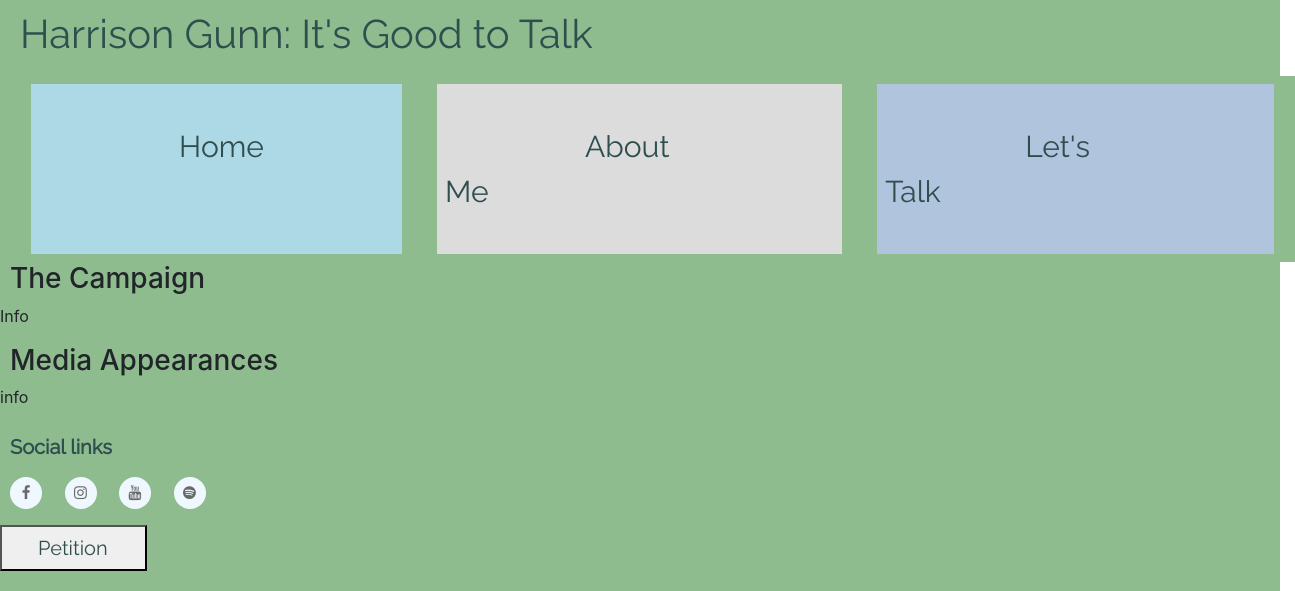
Repository: Leannald13/mile-stone-project-html
Page: general.html
The author's editor kept a record of every edit. The page is drawn from the files as they stood at one moment, then again after the next edit.
The browser window is 1280 px wide. The page is 1295 px wide, so the pictures cover 1295 px, including what lies to the right of the window. The pictures show the part of the page from y = 500 to 1173 px (the page is 1091 px tall before and 1173 px after).

Above is the page before.

### general.html
<!DOCTYPE html>
<html lang="en">

<head>
    <meta charset="UTF-8">
    <meta name="viewport" content="width=device-width, initial-scale=1.0">
    <meta http-equiv="X-UA-Compatible" content="ie=edge">
    <link rel="stylesheet" href="https://stackpath.bootstrapcdn.com/bootstrap/4.3.1/css/bootstrap.min.css" type="text/css" />
    <link rel="stylesheet" href="https://cdnjs.cloudflare.com/ajax/libs/hover.css/2.3.1/css/hover-min.css" type="text/css" />
    <link rel="stylesheet" href="https://stackpath.bootstrapcdn.com/font-awesome/4.7.0/css/font-awesome.min.css" type="text/css"/>
    <link rel="stylesheet" href="assets/css/style.css" type="text/css" />
    <title>Harrison</title>
</head>

<body>
    <header>
        <div class="row">
            <a href="index.html" class="col-md-12 logo">
             </a>
        </div>


        <div class="container-fluid">
            <div class="row">
                <div class="col-sm-12">
                    <div class="row no-gutters bg-color-name">
                        <div class="col heading">
                            <h1 class="name">Harrison Gunn: It's Good to Talk</h1>
                        </div>
                    </div>
                </div>
             <nav class="navbar navbar-expand-lg" class="modal" tabindex="-1" role="dialog" id="SignUpModal">
            <button class="navbar-toggler" type="button" data-toggle="collapse" data-target="#navbarSupportedContent" aria-controls="navbarSupportedContent" aria-expanded="false" aria-label="Toggle navigation">
                    <span class="navbar-toggler-icon"></span>
                  </button>
                     <div class="collapse navbar-collapse" id="navbarSupportedContent">
                        <ul class="navbar-nav mr-auto">
                            <li class="nav-item active ui-menu-color-home">
                                <a class="nav-link" href="index.html" class="hvr-Wobble-Horizontal"><span>Home</span></a>
                            </li>
                            <li class="nav-item active ui-menu-color-about">
                                <a class="nav-link" href="general.html" class="hvr-wobble-horizontal"><span>About Me</span></a>
                            </li>
                            <li class="nav-item active ui-menu-color-comments">
                                <a class="nav-link" href="contact.html" class="hvr-wobble-horizontal"><span>Let's Talk</span></a>
                            </li>
                        </ul>
                    </div
                    </nav>
    </header>
    <section>
       <div class="container-fluid">
           <div class="row">
           <div class="col-sm-3">
               <h3 class="list-inline-item">The Campaign</h3>
               <p>Info</p>
               <h3 class="list-inline-item">Media Appearances</h3>
               <p>info</p>
              </div>
           </div>
       </div>

    </section>
    <footer>
        <div class="container-fluid">
            <div class="row">
            <div class="col-sm-12">
                <h5 class="uppercase general-sub">Social links</h5>
                <ul class="list-inline social-links">
                    <li class="list-inline-item">
                        <a target="_blank" href="https://www.facebook.com/harrison.gunn.16">
                           <i class="fa fa-facebook" aria-hidden="true"></i>
                           <span class="sr-only">Facebook</span>
                        </a>
                    </li>
                    <li class="list-inline-item">
                        <a target="_blank" href="https://www.instagram.com/harrisongunn_/">
                           <i class="fa fa-instagram" aria-hidden="true"></i>
                           <span class="sr-only">Instagram</span>
                        </a>
                    </li>
                    <li class="list-inline-item">
                        <a target="_blank" href="https://www.youtube.com/channel/UCEPhcVc_ooMeZwhF5X4OEYg">
                           <i class="fa fa-youtube" aria-hidden="true"></i>
                           <span class="sr-only">YouTube</span>
                           </a>
                    </li>
                    <li class="list-inline-item">
                        <a target="_blank" href="spotify:show:1azq4fgMCEafJTPjsGm6tL">
                           <i class="fa fa-spotify" aria-hidden="true"></i>
                           <span class="sr-only">Spotify</span>
                           </a>
                    </li>
                    </div>
            </div>
        </div>
        <button class="list-inline-item-button">
          <a class="navbar-brand" href="https://petition.parliament.uk/petitions/260373">Petition</a>
                        </button>
    </footer>
</body>

</html>

### assets/css/style.css
@import url('https://fonts.googleapis.com/css?family=Raleway&display=swap');


/* -------------------------------------------------------------Heading */

.logo {
    background: url("../images/haribo.jpg");
    background-position: center;
    background-repeat: no-repeat;
    background-size: cover;
    width: 100%;
    height: 500px;
    transition: all .5s;
    display: block;
}

.heading {
    background-color: #8fbc8f !important;
    width: 100%;

}


.bg-color-name {
    font-family: "Raleway", sans-serif;
    color: #2f4f4f;
    text-align: left;
    font-weight: 100;
    width: 100%;

}

.name {
    font-size: 40px;
    padding-left: 20px;
    padding-bottom: 10px;
    padding-top: 10px;
}

/* -------------------------------------------------------------nav bar */


.text-center {
    width: 100%;
}

.container-fluid {
    padding: 0;
    margin: 0;
    width: 100%;
    background-color: #8fbc8f;
}

.nav-link {
    font-size: 30px;
    color: #2f4f4f;
    padding: 40px;

}

.nav-link span {
    padding: 130px;
    text-align: center;
    margin-left: 10px;
}

.nav-item {
    margin-left: 30px;
}


.ui-menu-color-home {
    background-color: #ADD8E6;
    margin-right: 5px;
    font-family: "Raleway", sans-serif;
    color: #2f4f4f;


}

.ui-menu-color-about {
    background-color: #DCDCDC;
    margin-right: 5px;
     font-family: "Raleway", sans-serif;
    color: #2f4f4f;

}

.ui-menu-color-comments {
    background-color: #B0C4DE;
    margin-right: 5px;
    font-family: "Raleway", sans-serif;
    color: #2f4f4f;

}

.navbar-brand {
    padding-left: 30px;
    padding-right: 15px;
    font-family: "Raleway", sans-serif;
    color: #2f4f4f !important;
}


.navbar {
    background-color: #8fbc8f !important;

}



/* -------------------------------------------------------------Section Contact.html */

h5 {
    color: #2f4f4f;
    font-family: "Raleway", sans-serif;
    font-size: 15px;
    font-weight: 600;
    padding-top: 5px;

}

.bg-color-contact {
    background-color: #F8F8FF;
    padding-top: 20px;
    padding-bottom: 10px;
    margin-left: 29px;
    margin-right: 38px;
    margin-top: 80px;
}


/* -------------------------------------------------------------Section General.html */

.yellow-box {
    background-color:#2f4f4f
}

.red-box {
    background-color: #696969;
}
/* -------------------------------------------------------------Footer */

footer {
    background-color: #8fbc8f;
    padding-bottom: 20px;
    width: 100%;

}

.social-links li a i {
    width: 32px;
    height: 32px;
    padding-top: 12px;
    border-radius: 50%;
    font-size: 15px;
    line-height: 7px;
    text-align: center;
    color: #696969 !important;
    background: #f0f8ff;
    background-position: center;
}

.general-sub {
    padding-top: 10px;
    color: #2f4f4f;
    padding-left: 10px;
    padding-bottom: 10px;
    font-size: 20px;
}

.list-inline-item {
    padding-left: 10px;
}

.fa fa-facebook {
    padding-left: 5px;
}

After the next edit:
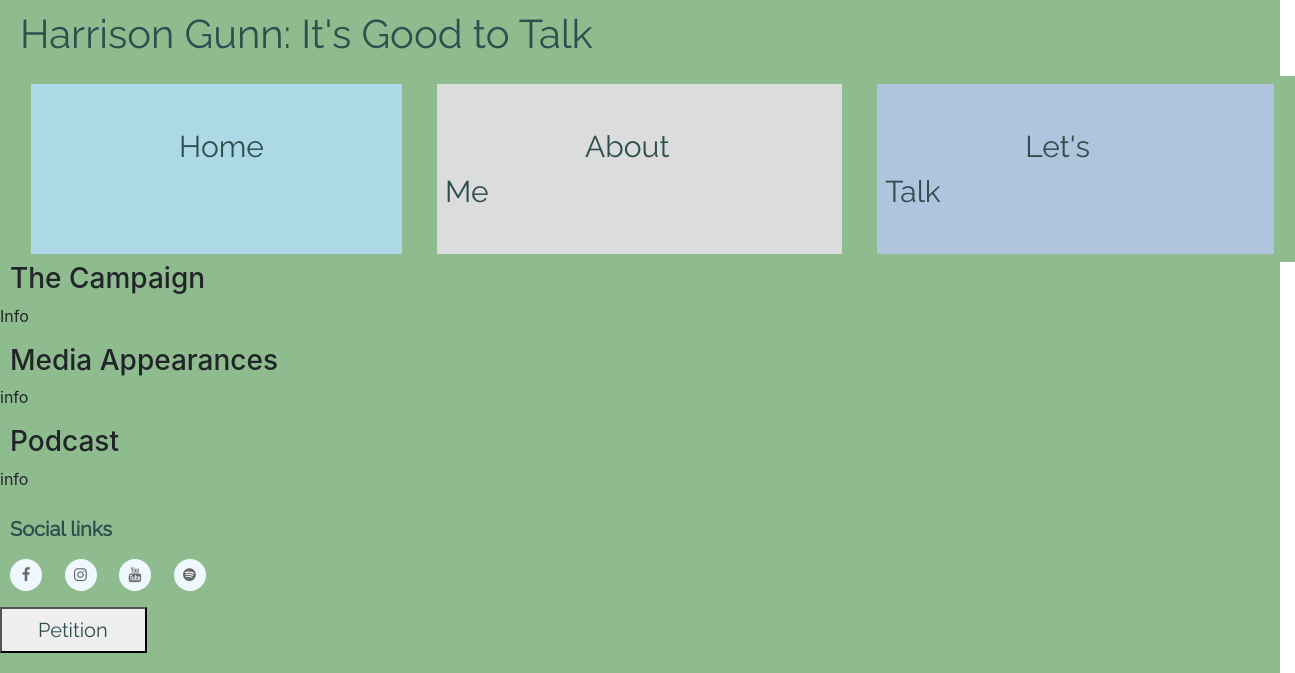
The edit:
--- a/general.html
+++ b/general.html
@@ -56,6 +56,8 @@
                <p>Info</p>
                <h3 class="list-inline-item">Media Appearances</h3>
                <p>info</p>
+               <h3 class="list-inline-item">Podcast</h3>
+               <p>info</p>
               </div>
            </div>
        </div>
